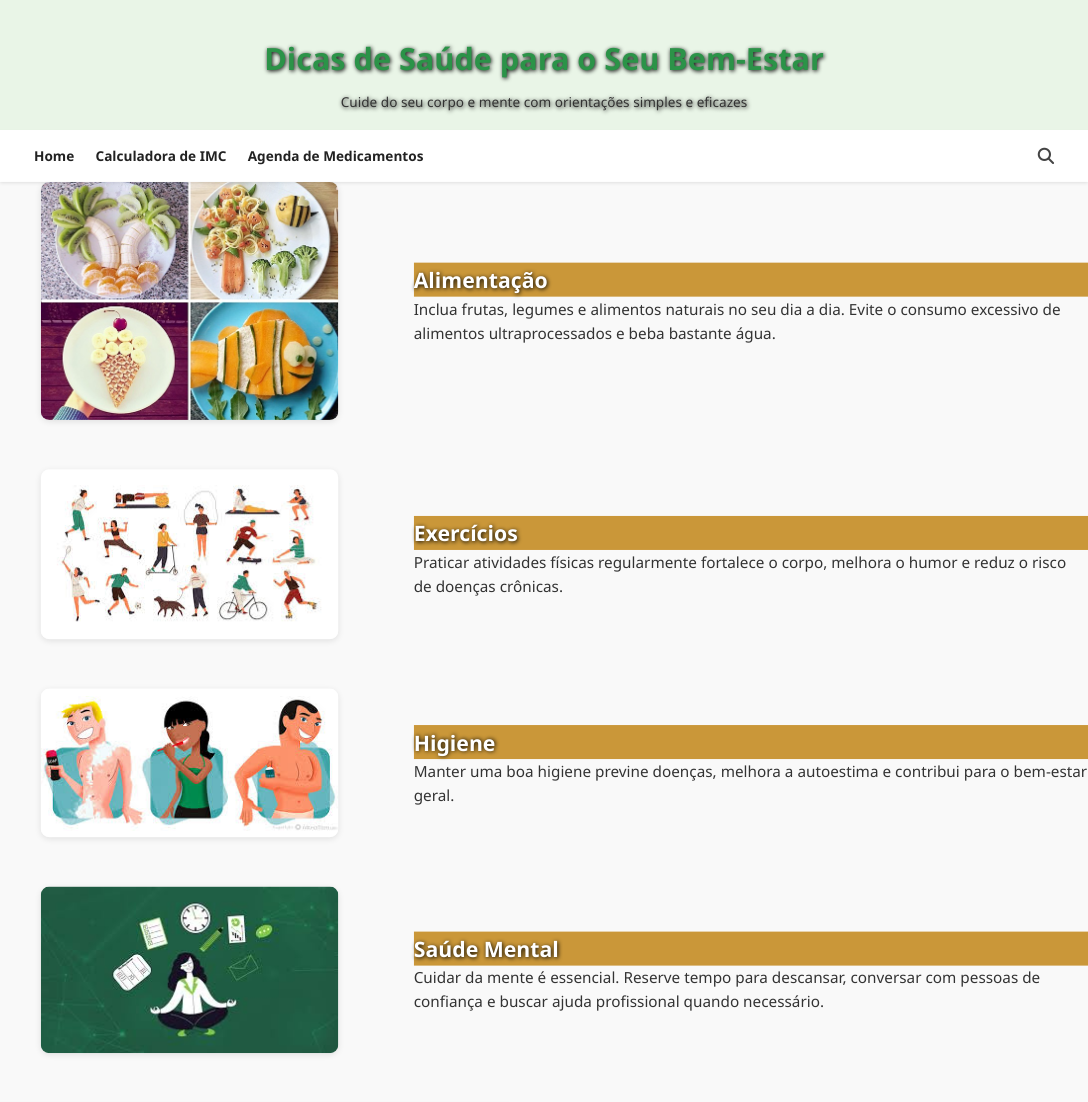
Repository: Cristiane-Sartori14/dicasSaude
Page: index.html
An editor plug-in stored every save of this project. The page is shown before and after the next save, followed by the edit.
The browser window is 1280 px wide. The pictures show the whole page, at 85% of full size.

Above is the page before, as saved 2025-05-18 22:48:15.

### index.html
<!DOCTYPE html>
<html lang="en">
  <head>
    <meta charset="UTF-8" />
    <meta name="viewport" content="width=device-width, initial-scale=1.0" />
    <title>Dicas de Saúde</title>
    <link rel="stylesheet" href="style.css" />

    <link
      rel="stylesheet"
      href="https://cdnjs.cloudflare.com/ajax/libs/font-awesome/6.5.0/css/all.min.css"
    />
  </head>
  <body>
    <!-- Título principal da página -->
    <section class="main-title">
      <h1>Dicas de Saúde para o Seu Bem-Estar</h1>
      <p>Cuide do seu corpo e mente com orientações simples e eficazes</p>
    </section>

    <!--Cabeçalho-->
    <header class="header">
      <div class="nav-container">
        <nav>
          <ul class="nav-links">
            <li><a href="#">Home</a></li>
            <li><a href="#">Calculadora de IMC</a></li>
            <li><a href="#">Agenda de Medicamentos</a></li>
          </ul>
        </nav>
        <div class="header-icons">
          <div class="icon search-icon">
            <i class="fa-solid fa-magnifying-glass"></i>
          </div>
        </div>
      </div>
    </header>

      <!-- Alimentação -->
      <section class="section-saude">
        <div class="imagem">
          <img src="img/alimento.jpg" alt="Alimentação Saudável" />
        </div>
        <div class="texto">
          <h2>Alimentação</h2>
          <p>
            Inclua frutas, legumes e alimentos naturais no seu dia a dia. Evite
            o consumo excessivo de alimentos ultraprocessados e beba bastante
            água.
          </p>
        </div>
      </section>

      <!-- Exercícios -->
      <section class="section-saude">
        <div class="imagem">
          <img src="img/exercicio.jpg" alt="Exercício Físico" />
        </div>
        <div class="texto">
          <h2>Exercícios</h2>
          <p>
            Praticar atividades físicas regularmente fortalece o corpo, melhora
            o humor e reduz o risco de doenças crônicas.
          </p>
        </div>
      </section>

      <!-- Higiene -->
      <section class="section-saude">
        <div class="imagem">
          <img src="img/higiene.jpg" alt="Higiene Pessoal" />
        </div>
        <div class="texto">
          <h2>Higiene</h2>
          <p>
            Manter uma boa higiene previne doenças, melhora a autoestima e
            contribui para o bem-estar geral.
          </p>
        </div>
      </section>

      <!-- Saúde Mental -->
      <section class="section-saude">
        <div class="imagem">
          <img src="img/saude-mental.jpg" alt="Saúde Mental" />
        </div>
        <div class="texto">
          <h2>Saúde Mental</h2>
          <p>
            Cuidar da mente é essencial. Reserve tempo para descansar, conversar
            com pessoas de confiança e buscar ajuda profissional quando
            necessário.
          </p>
        </div>
      </section>
    </main>
  </body>
</html>

### style.css
* {
  box-sizing: border-box;
  margin: 0;
  padding: 0;
}

body {
  font-family: "Segoe UI", Tahoma, Verdana, sans-serif;
  background-color: #f9f9f9;
  color: #333;
  line-height: 1.6;
}

/*Título*/
.main-title {
  text-align: center;
  padding: 40px 20px 20px;
  background-color: #e9f5e7;
   text-shadow: 1px 1px 5px rgba(0, 0, 0);

}

.main-title h1 {
  font-size: 36px;
  color: #2b9348;
  margin-bottom: 10px;
}

.texto h2 {
  font-size: 18px;
  color: #e01111;
}

/* Cabeçalho */
.header {
  background-color: #ffffff;
  box-shadow: 0 2px 4px rgba(0, 0, 0, 0.1);
  padding: 15px 30px;
  position: sticky;
  top: 0;
  z-index: 10;
}

.nav-container {
  max-width: 1200px;
  margin: 0 auto;
  display: flex;
  justify-content: space-between;
  align-items: center;
}

.nav-links {
  list-style: none;
  display: flex;
  gap: 25px;
}

.nav-links a {
  text-decoration: none;
  color: #222;
  font-weight: 600;
  transition: color 0.3s ease;
}

.nav-links a:hover,
.header-icons i:hover {
  color: #2b9348;
}

.header-icons {
  display: flex;
  align-items: center;
  gap: 15px;
}

.icon {
  font-size: 1.2rem;
  background: none;
  border: none;
  cursor: pointer;
  color: #444;
}

/* Conteúdo principal */
.health-container {
    max-width: 1200px;
    margin: 0 auto;
    padding: 40px 20px;
}

.section-saude {
  display: flex;
  align-items: center;
  justify-content: space-between;
  gap: 40px;
  margin-bottom: 50px;
  flex-wrap: wrap;
}

.imagem img {
  width: 100%;
  max-width: 350px;
  border-radius: 10px;
  box-shadow: 0 2px 8px rgba(0, 0, 0, 0.1);
}

.imagem {
  flex: 1 1 300px;
  text-align: center;
}

.texto {
  flex: 2 1 500px;
}

.texto h2 {
    font-size: 25px;
    color: #fff;
    background-color: rgb(202, 151, 57);
    text-shadow: 1px 1px 5px rgba(0, 0, 0);
}

.texto p {
  font-size: 18px;
  color: #333;
  line-height: 1.6;
}

.health-details {
  flex: 2 1 500px;
}

.health-title {
  color: #2b9348;
  font-size: 32px;
  margin-bottom: 20px;
}

.tip {
  margin-bottom: 20px;
}

.tip h3 {
  font-size: 20px;
  color: #1a5d1a;
}

.tip p {
  margin-top: 5px;
}

/* Responsivo */
@media (max-width: 768px) {
  .health-container {
    flex-direction: column;
    align-items: center;
  }

  .nav-links {
    flex-direction: column;
    align-items: center;
    gap: 10px;
  }

  .nav-container {
    flex-direction: column;
    gap: 10px;
  }
}

After the next save:
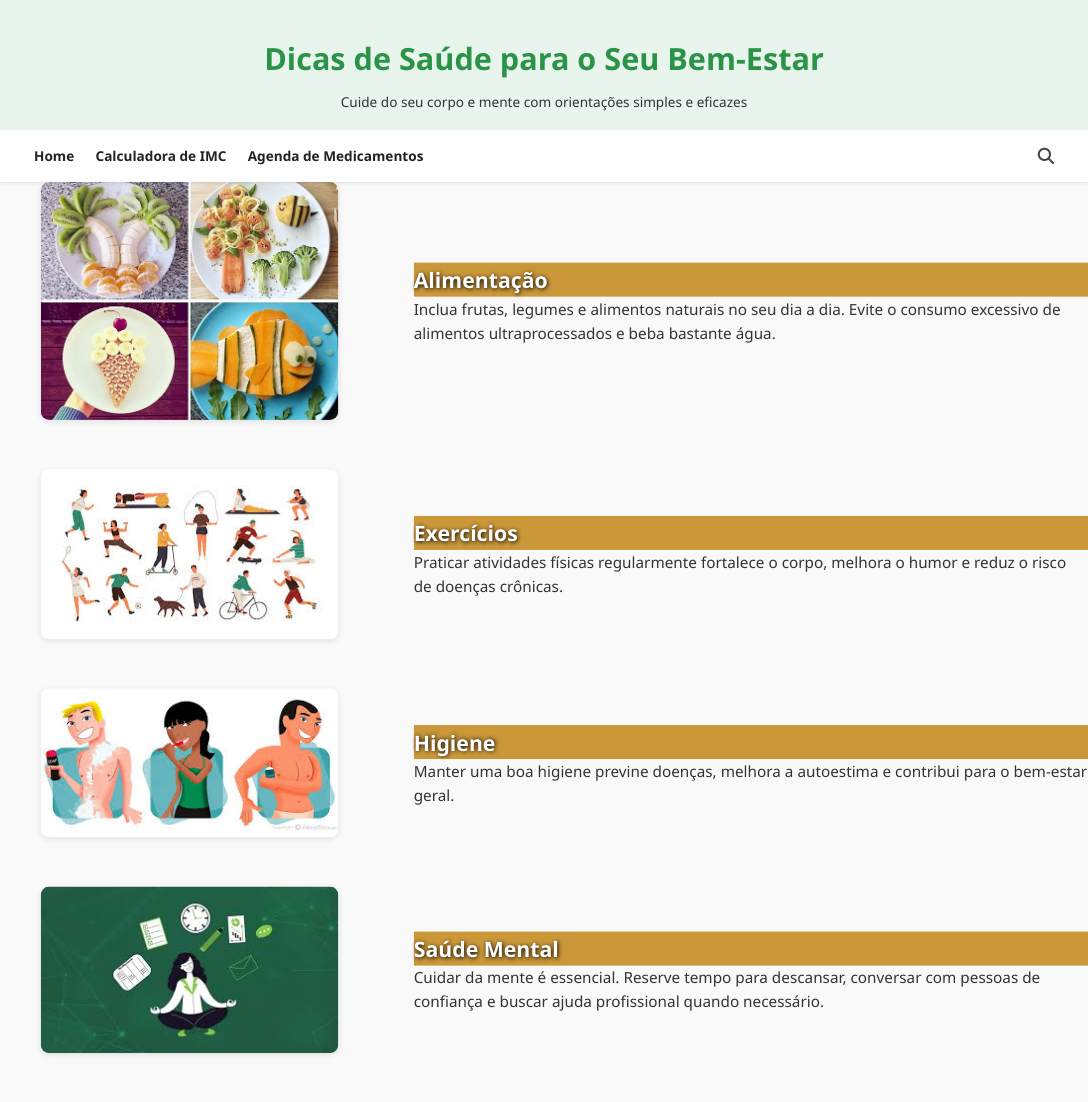
Saved 11 s later.
--- a/style.css
+++ b/style.css
@@ -15,8 +15,8 @@ body {
 .main-title {
   text-align: center;
   padding: 40px 20px 20px;
-  background-color: #e9f5e7;
-   text-shadow: 1px 1px 5px rgba(0, 0, 0);
+  background-color: #e7f5ec;
+
 
 }
 
